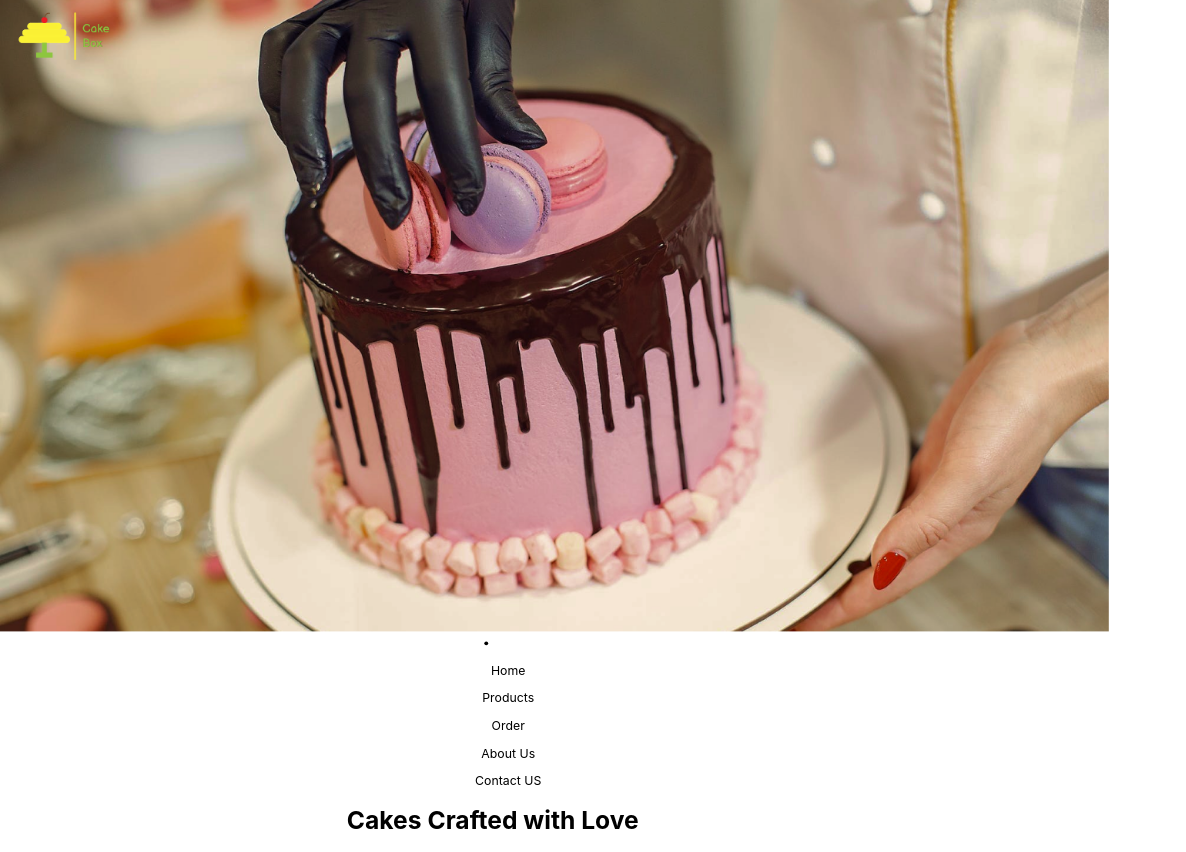
Repository: MEROO1010/cake-box
Page: /
The author's editor kept a copy of each file at every save. The page is drawn from the files as they stood at one save, then again after the next save.
The browser window is 1280 px wide. The page is 1440 px wide, then 1540 px, then 1440 px, so the pictures cover 1540 px, including what lies to the right of the window. The pictures show the whole page, at 77% of full size.
The project was rebuilt for these pictures with package versions that can differ from the ones it lists, and the page was loaded fresh each time.

Above is the page before, as saved 2023-10-22 12:48:59.

### src/App.js
import './App.css';
import HomePage from './components/HomePage';

function App() {
  return (
    <div className="App">
      <HomePage/>
    </div>
  );
}

export default App;

### src/components/HomePage.jsx
import React from 'react';
import homePageImage from '../images/HomePage.png';
import logo from '../images/cake box.png'
import styled from 'styled-components';

const HomePage = () => {
  return (
    <Container>
      <IMAGE>
        <img src={homePageImage} alt='Home Page' />
      </IMAGE>

      {/*add the logo*/}
      <LOGO>
        <img src={logo} alt="logo design" />
      </LOGO>

      {/*Add the header*/}
      <div>
        <li>
          <ul>Home</ul>
          <ul>Products</ul>
          <ul>Order</ul>
          <ul>About Us</ul>
          <ul>Contact US</ul>
        </li>
      </div>


      {/*Add the h1*/}
      <div>
        <h1>Cakes Crafted with Love</h1>
      </div>
    </Container>
  );
};

export default HomePage;

const Container = styled.div`

`

const IMAGE = styled.div `
   height: auto;
   max-width: 100%;
   object-fit: cover;
   margin-right: 100px;
   left:100px;


`

const LOGO = styled.div `
  top: 0;
  left: 0;
  margin:16px 24px;
  position: absolute;
`

Loaded but not shown: public/index.html (common file); src/index.js (common file); src/index.css (common file); src/App.css (common file)

After the next save:
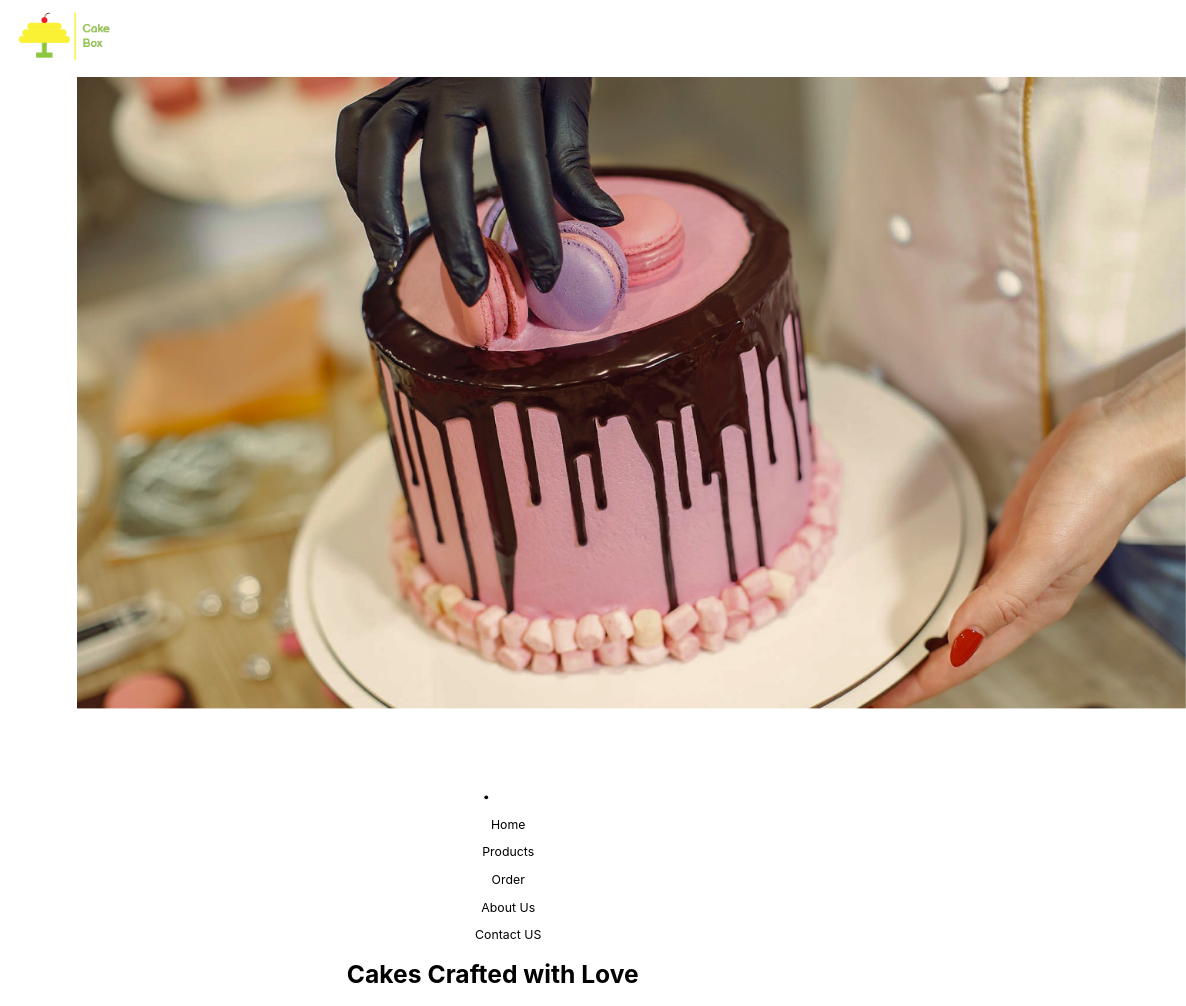
Saved 13 s later.
--- a/src/components/HomePage.jsx
+++ b/src/components/HomePage.jsx
@@ -45,8 +45,7 @@
    height: auto;
    max-width: 100%;
    object-fit: cover;
-   margin-right: 100px;
-   left:100px;
+   margin: 100px;
 
 
 `

After the save that followed:
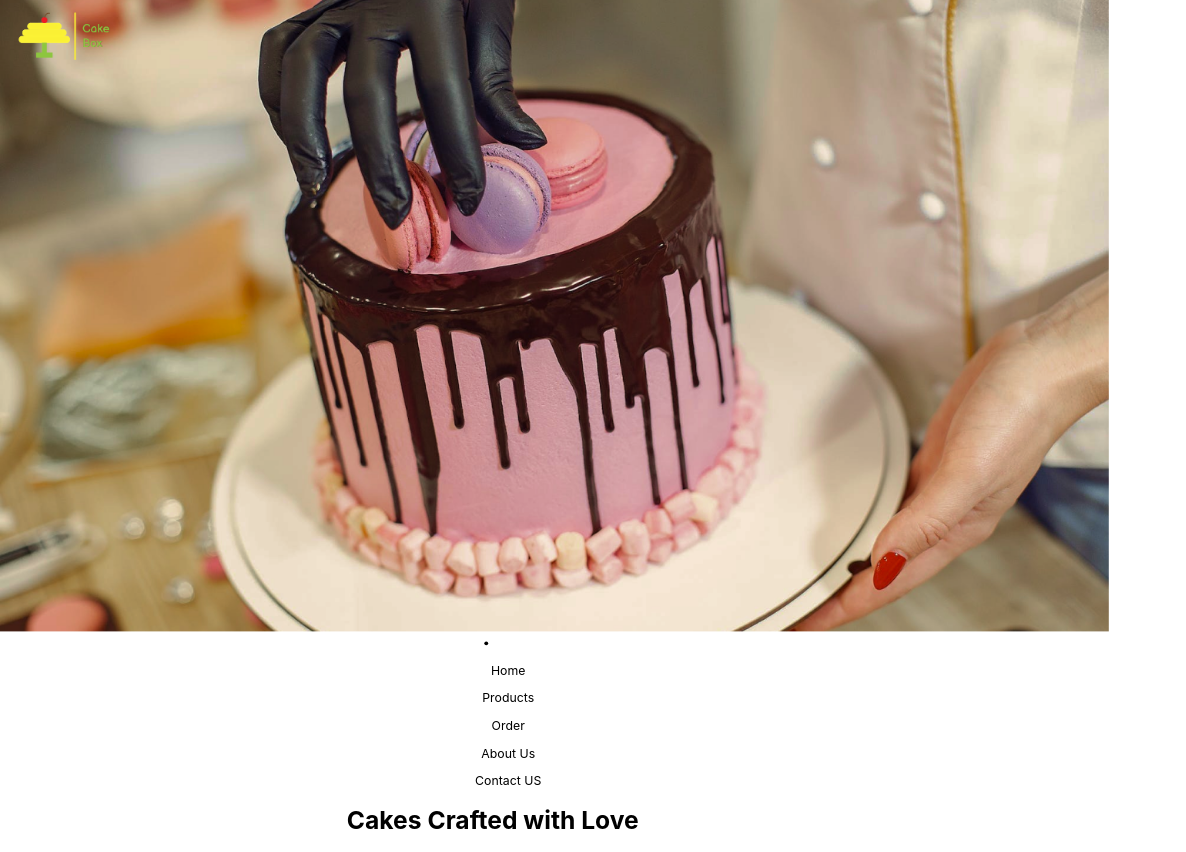
Saved 4 s later.
--- a/src/components/HomePage.jsx
+++ b/src/components/HomePage.jsx
@@ -45,7 +45,7 @@
    height: auto;
    max-width: 100%;
    object-fit: cover;
-   margin: 100px;
+   margin-right: 100px;
 
 
 `
